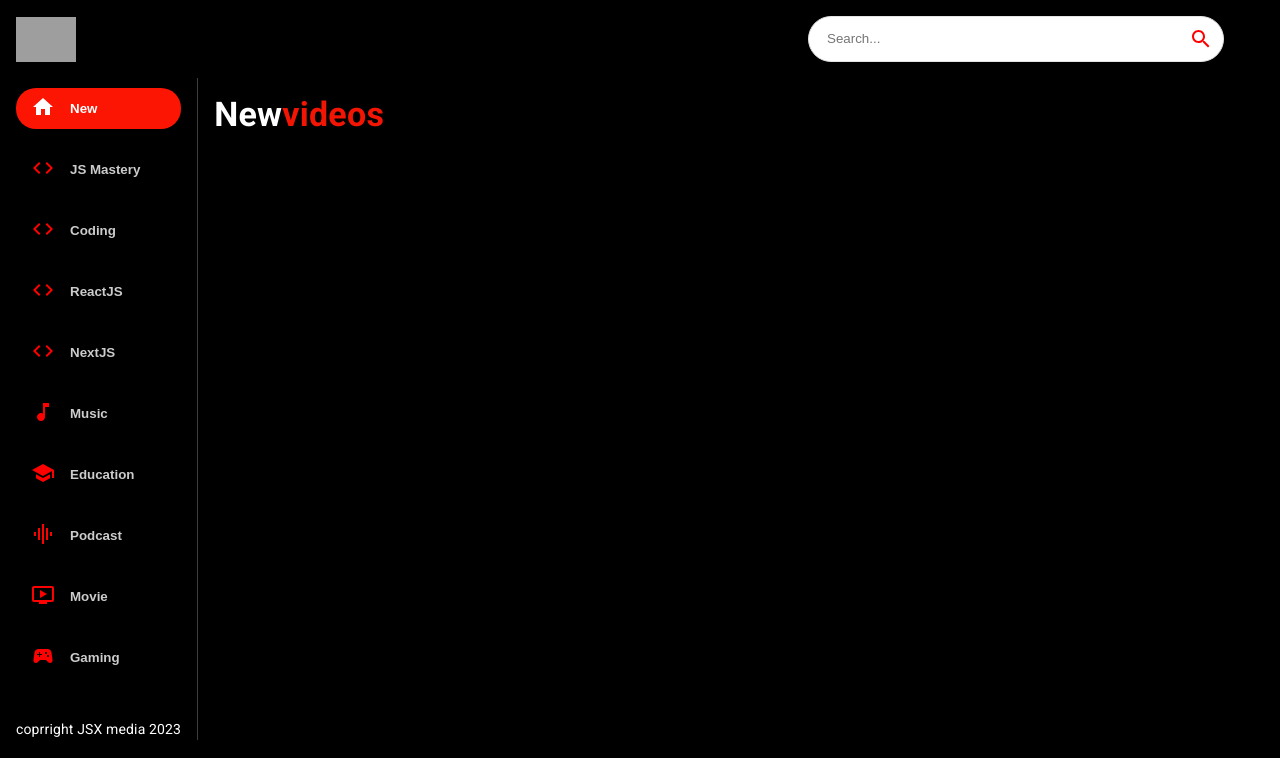
Repository: hieuhieu10/youtube_clone
Page: /
An editor plug-in stored every save of this project. The page is shown before and after the next save, followed by the edit.
The browser window is 1280 px wide. The pictures show the whole page.
Pictures or frames that could not be fetched are drawn as grey boxes. The project was rebuilt for these pictures with package versions that can differ from the ones it lists, and the page was loaded fresh each time. Also part of the build but not shown: src/components/ChannelDetail.jsx, src/components/VideoDetail.jsx, src/components/SearchFeed.jsx.

Above is the page before, as saved 2023-04-13 19:12:10.

After the next save:
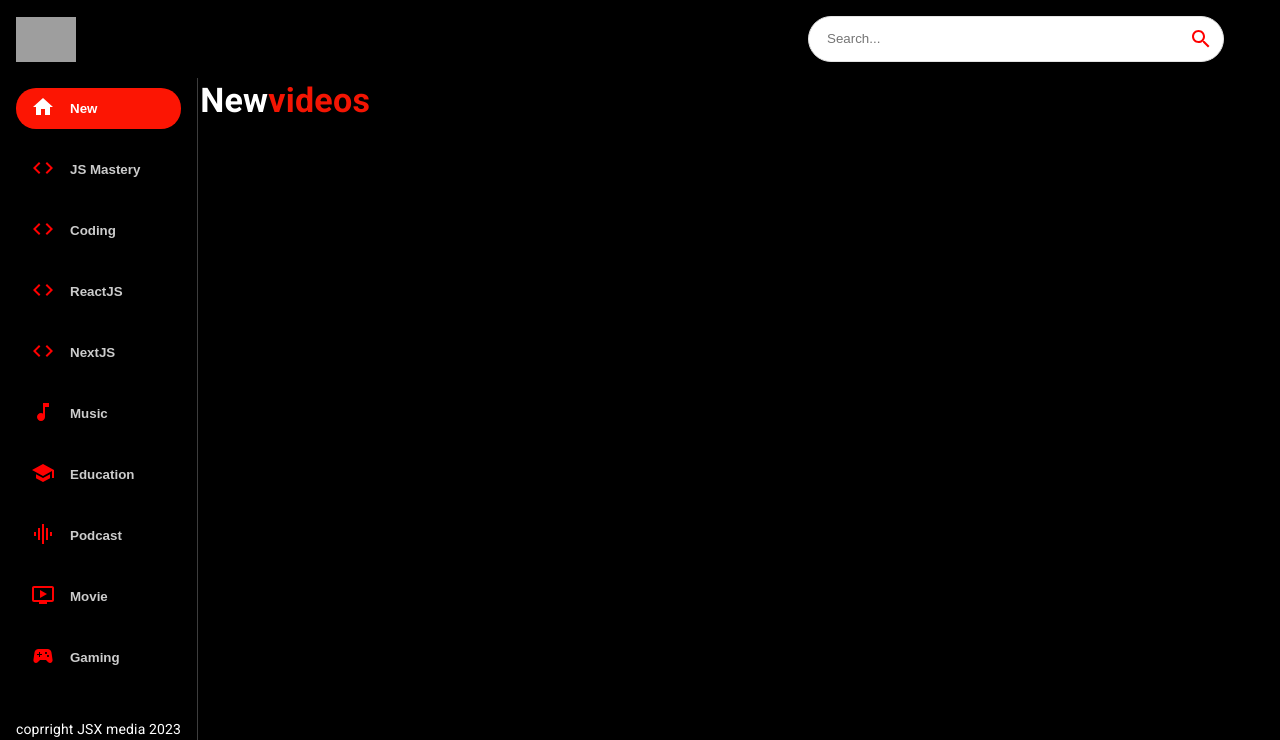
Saved 37 s later.
--- a/src/components/Feed.jsx
+++ b/src/components/Feed.jsx
@@ -11,7 +11,7 @@
           coprright JSX media 2023
         </Typography>
       </Box>
-      <Box p={2} sx={{overflowY: 'auto', height: '90vh', flex: 2}}>
+      <Box p={'2px'} sx={{overflowY: 'auto', height: '90vh', flex: 2}}>
         <Typography variant="h4" fontWeight="bold" mb={2} sx={{color: 'white'}}> New
           <span style={{color: '#F31503'}}>
             videos

After the save that followed:
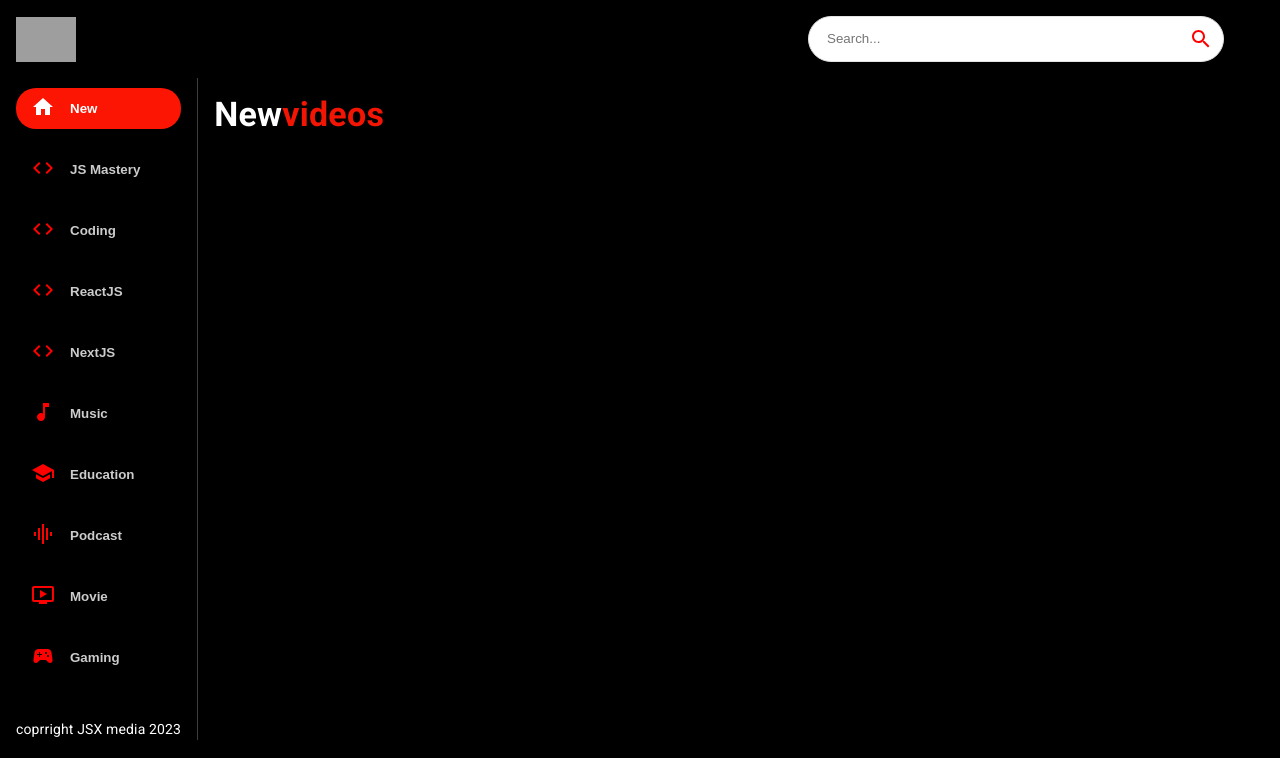
Saved 10 s later.
--- a/src/components/Feed.jsx
+++ b/src/components/Feed.jsx
@@ -11,7 +11,7 @@
           coprright JSX media 2023
         </Typography>
       </Box>
-      <Box p={'2px'} sx={{overflowY: 'auto', height: '90vh', flex: 2}}>
+      <Box p={2} sx={{overflowY: 'auto', height: '90vh', flex: 2}}>
         <Typography variant="h4" fontWeight="bold" mb={2} sx={{color: 'white'}}> New
           <span style={{color: '#F31503'}}>
             videos
